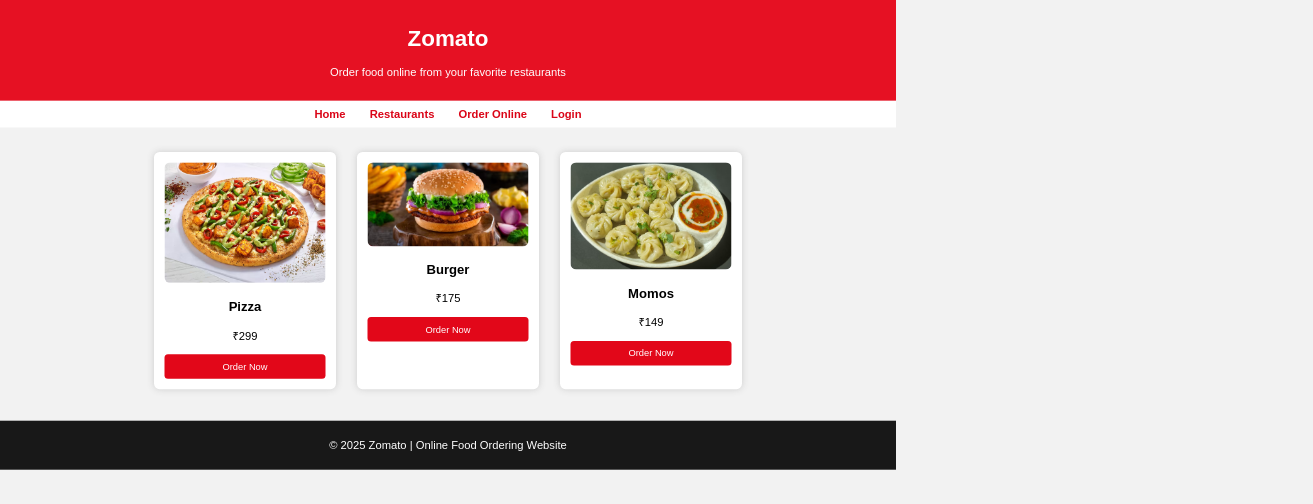
Repository: Glory998/ELCE1-32
Page: zomatoproject.html
The author's editor kept a copy of each file at every save. The page is drawn from the files as they stood at one save, then again after the next save.
The browser window is 1280 px wide. The page is 1280 px wide, then 1876 px, then 1280 px, so the pictures cover 1876 px, including what lies to the right of the window. The pictures show the part of the page from y = 0 to 1320 px (the page is 720 px tall before and 3160 px after), at 70% of full size.

Above is the page before, as saved 2025-12-22 10:57:06.

### zomatoproject.html
<!DOCTYPE html>
<html lang="en">
<head>
    <meta charset="UTF-8">
    <title>Zomato | Online Food Ordering</title>

    <style>
        body {
            margin: 0;
            font-family: Arial, sans-serif;
            background-color: #f2f2f2;
        }

        /* Header */
        header {
            background-color: #e61123;
            color: white;
            padding: 15px;
            text-align: center;
        }

        /* Navigation */
        nav {
            background-color: white;
            padding: 10px;
            text-align: center;
        }

        nav a {
            text-decoration: none;
            margin: 15px;
            color: #da0517;
            font-weight: bold;
        }

        /* Main Section */
        .container {
            display: flex;
            justify-content: center;
            margin: 20px;
        }

        .food-card {
            background-color: white;
            width: 230px;
            margin: 15px;
            padding: 15px;
            text-align: center;
            border-radius: 8px;
            box-shadow: 0 0 10px #ccc;
        }

        .food-card img {
            width: 100%;
            border-radius: 8px;
        }

        .food-card button {
            background-color: #e20719;
            color: white;
            border: none;
            padding: 10px;
            width: 100%;
            border-radius: 5px;
            cursor: pointer;
        }

        /* Footer */
        footer {
            background-color: #181818;
            color: white;
            text-align: center;
            padding: 10px;
            margin-top: 30px;
        }
    </style>
</head>

<body>

    <!-- Header -->
    <header>
        <h1>Zomato</h1>
        <p>Order food online from your favorite restaurants</p>
    </header>

    <!-- Navigation -->
    <nav>
        <a href="#">Home</a>
        <a href="#">Restaurants</a>
        <a href="#">Order Online</a>
        <a href="#">Login</a>
    </nav>

    <!-- Food Items -->
    <div class="container">

        <div class="food-card">
            <img src="pizza image.avif">
            <h3>Pizza</h3>
            <p>₹299</p>
            <button>Order Now</button>
        </div>

        <div class="food-card">
            <img src="burger image.avif">
            <h3>Burger</h3>
            <p>₹175</p>
            <button>Order Now</button>
        </div>

        <div class="food-card">
            <img src="momos image.avif">
            <h3>Momos</h3>
            <p>₹149</p>
            <button>Order Now</button>
        </div>

    </div>

    <!-- Footer -->
    <footer>
        <p>© 2025 Zomato | Online Food Ordering Website</p>
    </footer>

</body>
</html>

After the next save:
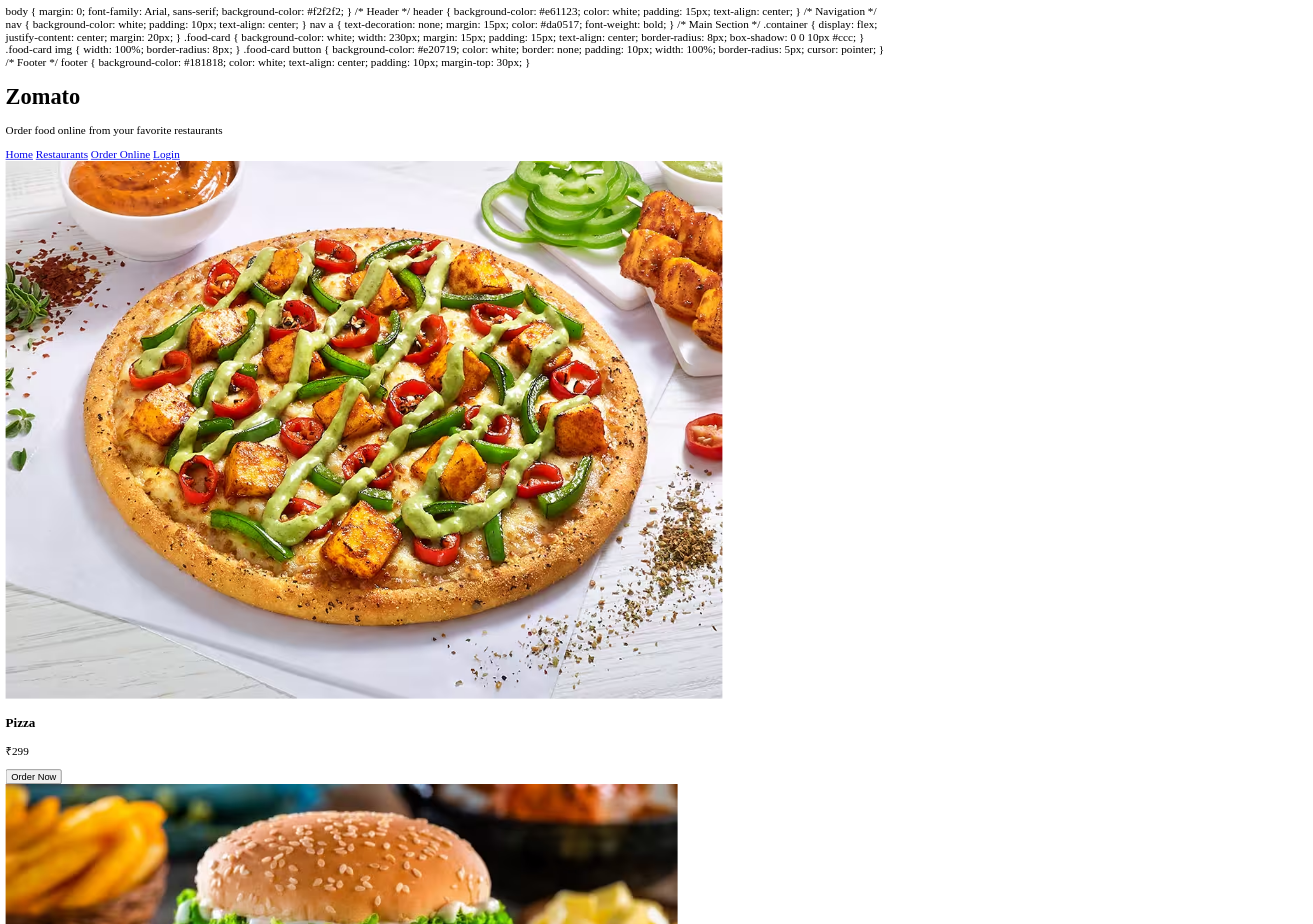
Not found: style.css
Saved 26 min 0 s later.
--- a/zomatoproject.html
+++ b/zomatoproject.html
@@ -3,7 +3,7 @@
 <head>
     <meta charset="UTF-8">
     <title>Zomato | Online Food Ordering</title>
-
+<link rel="stylesheet" href="style.css"
     <style>
         body {
             margin: 0;

After the save that followed:
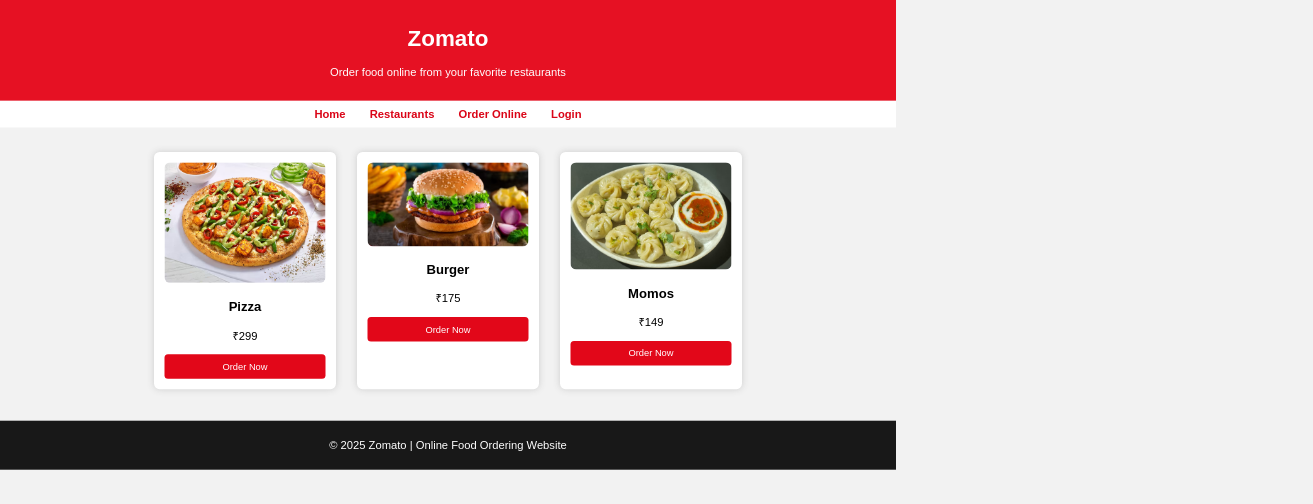
Saved 16 s later.
--- a/zomatoproject.html
+++ b/zomatoproject.html
@@ -3,7 +3,7 @@
 <head>
     <meta charset="UTF-8">
     <title>Zomato | Online Food Ordering</title>
-<link rel="stylesheet" href="style.css"
+
     <style>
         body {
             margin: 0;
